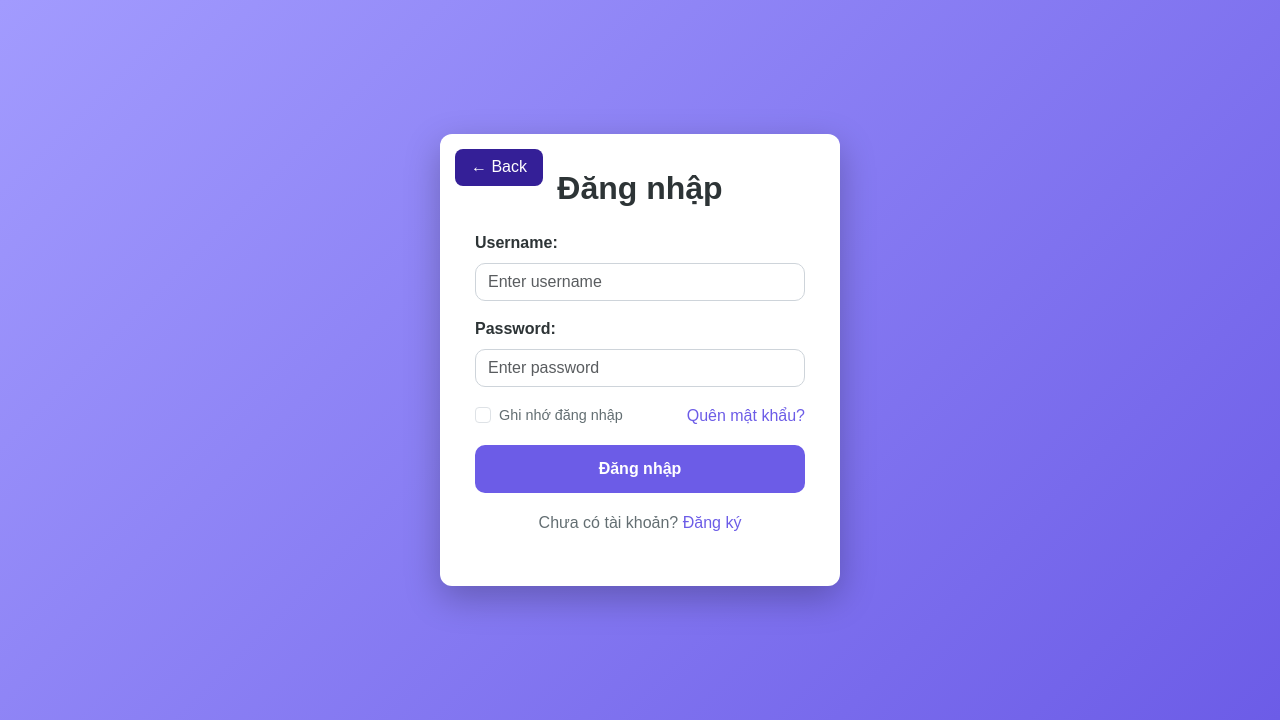
Repository: manhtdxxx/Tour-Booking-Webapp
Page: http://localhost/bookingTour/login.jsp
The author's editor kept a copy of each file at every save. The page is drawn from the files as they stood at one save, then again after the next save.
The browser window is 1280 px wide. The pictures show the whole page.
The page is served by Tomcat 9. Other server files are loaded and not shown.

Above is the page before, as saved 2024-11-10 16:45:22.

### bookingTour/src/main/webapp/login.jsp
<%@ page language="java" contentType="text/html; charset=UTF-8" pageEncoding="UTF-8"%>
<!DOCTYPE html>
<html>
<head>
<title>Đăng nhập</title>
<meta charset="utf-8">
<meta name="viewport" content="width=device-width, initial-scale=1">

<link href="https://cdn.jsdelivr.net/npm/bootstrap@5.3.3/dist/css/bootstrap.min.css" rel="stylesheet">
<script src="https://cdn.jsdelivr.net/npm/bootstrap@5.3.3/dist/js/bootstrap.bundle.min.js"></script>

<style>
body {
	background: linear-gradient(135deg, #a29bfe, #6c5ce7);
	font-family: Arial, sans-serif;
}

.container {
	max-width: 400px;
	background-color: #fff;
	padding: 35px;
	border-radius: 12px;
	box-shadow: 0px 12px 35px rgba(0, 0, 0, 0.25);
	animation: fadeIn 1.2s ease;
	position: relative;
}

@keyframes fadeIn {
	from {
		opacity: 0;
		transform: translateY(-20px);
	}
	to {
		opacity: 1;
		transform: translateY(0);
	}
}

h1 {
	font-size: 2rem;
	font-weight: bold;
	color: #2d3436;
}

.form-label {
	font-weight: 600;
	color: #2d3436;
}

.form-control {
	border-radius: 10px;
	border: 1px solid #ced4da;
	transition: border-color 0.3s, box-shadow 0.3s;
}

.form-control:focus {
	border-color: #6c5ce7;
	box-shadow: 0 0 6px rgba(108, 92, 231, 0.3);
}

.form-check-label {
	font-size: 0.9rem;
	color: #636e72;
}

a {
	color: #6c5ce7;
	text-decoration: none;
	transition: color 0.2s;
}

a:hover {
	color: #341f97;
	text-decoration: underline;
}

.btn-primary {
	background-color: #6c5ce7;
	border: none;
	border-radius: 10px;
	padding: 12px 25px;
	font-weight: bold;
	transition: background-color 0.3s, transform 0.2s;
}

.btn-primary:hover {
	background-color: #341f97;
	transform: translateY(-3px);
}

p {
	margin-top: 18px;
	text-align: center;
	color: #636e72;
}

/* Back button styling */
.back-button {
	position: absolute;
	top: 15px;
	left: 15px;
	background-color: #341f97;
	color: #fff;
	padding: 0.4rem 1rem;
	border-radius: 8px;
	text-decoration: none;
	font-size: 1rem;
	transition: background-color 0.3s, transform 0.2s;
}
.back-button:hover {
	background-color: #6c5ce7;
	transform: translateY(-2px);
}
</style>
</head>

<body class="d-flex align-items-center justify-content-center vh-100">
	<%
	String error = (String) request.getAttribute("error");
	error = (error != null) ? error : "";
	%>

	<div class="container">
		<!-- Back Button -->
		<a href="index.jsp" class="back-button">&larr; Back</a>

		<h1 class="text-center mb-4">Đăng nhập</h1>

		<!-- Error Message -->
		<%
		if (!error.isEmpty()) {
		%>
		<div class="alert alert-danger alert-dismissible fade show">
			<button type="button" class="btn-close" data-bs-dismiss="alert"></button>
			<strong><%=error%></strong>
		</div>
		<%
		}
		%>

		<form action="do-login" method="post">
			<div class="mb-3">
				<label for="username" class="form-label">Username:</label>
				<input type="text" class="form-control" id="username" placeholder="Enter username" name="username" required>
			</div>
			<div class="mb-3">
				<label for="password" class="form-label">Password:</label>
				<input type="password" class="form-control" id="password" placeholder="Enter password" name="password" required>
			</div>
			<div class="d-flex align-items-center justify-content-between mb-3">
				<div class="form-check">
					<input class="form-check-input" type="checkbox" name="remember" id="remember">
					<label class="form-check-label" for="remember">Ghi nhớ đăng nhập</label>
				</div>
				<a href="#">Quên mật khẩu?</a>
			</div>

			<button type="submit" class="btn btn-primary w-100">Đăng nhập</button>

			<p>
				Chưa có tài khoản? <a href="register.jsp">Đăng ký</a>
			</p>
		</form>
	</div>

</body>
</html>

After the next save:
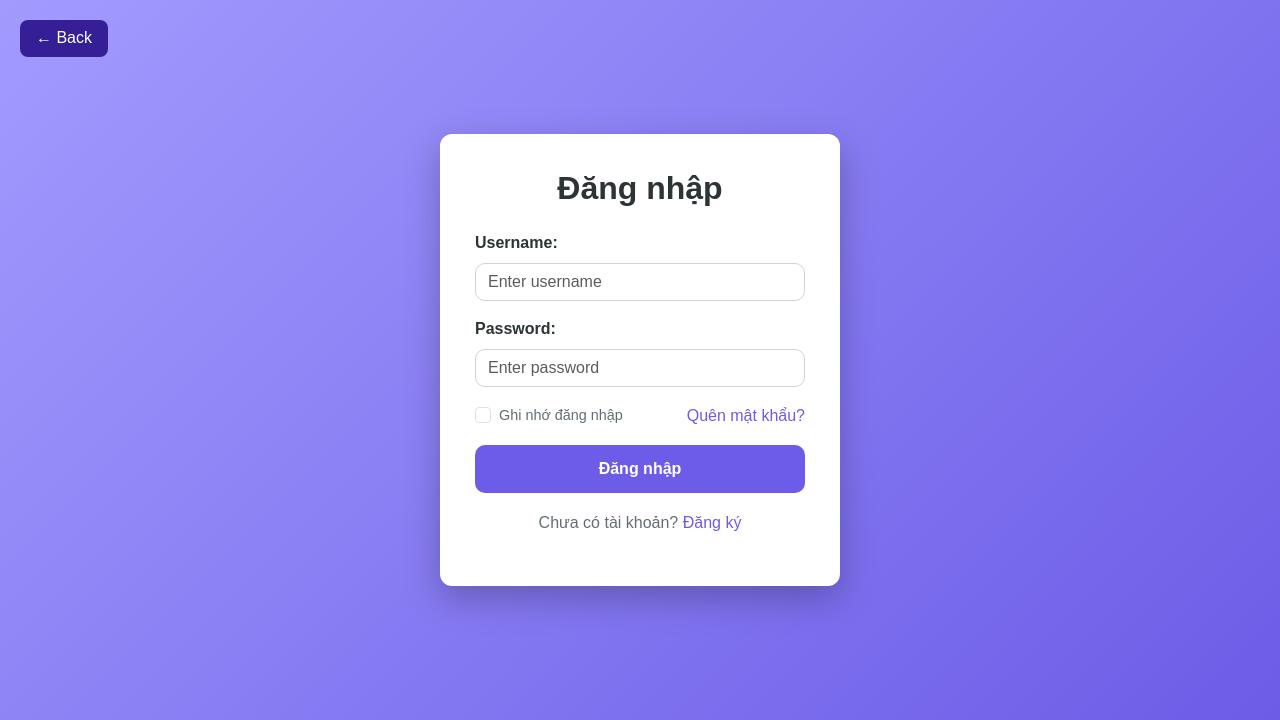
Saved 2 min 12 s later.
--- a/bookingTour/src/main/webapp/login.jsp
+++ b/bookingTour/src/main/webapp/login.jsp
@@ -6,7 +6,8 @@
 <meta charset="utf-8">
 <meta name="viewport" content="width=device-width, initial-scale=1">
 
-<link href="https://cdn.jsdelivr.net/npm/bootstrap@5.3.3/dist/css/bootstrap.min.css" rel="stylesheet">
+<link href="https://cdn.jsdelivr.net/npm/bootstrap@5.3.3/dist/css/bootstrap.min.css"
+	rel="stylesheet">
 <script src="https://cdn.jsdelivr.net/npm/bootstrap@5.3.3/dist/js/bootstrap.bundle.min.js"></script>
 
 <style>
@@ -22,20 +23,19 @@
 	border-radius: 12px;
 	box-shadow: 0px 12px 35px rgba(0, 0, 0, 0.25);
 	animation: fadeIn 1.2s ease;
-	position: relative;
 }
 
-@keyframes fadeIn {
-	from {
-		opacity: 0;
-		transform: translateY(-20px);
-	}
-	to {
-		opacity: 1;
-		transform: translateY(0);
-	}
+@
+keyframes fadeIn {from { opacity:0;
+	transform: translateY(-20px);
 }
 
+to {
+	opacity: 1;
+	transform: translateY(0);
+}
+
+}
 h1 {
 	font-size: 2rem;
 	font-weight: bold;
@@ -97,8 +97,8 @@
 /* Back button styling */
 .back-button {
 	position: absolute;
-	top: 15px;
-	left: 15px;
+	top: 20px;
+	left: 20px;
 	background-color: #341f97;
 	color: #fff;
 	padding: 0.4rem 1rem;
@@ -106,7 +106,9 @@
 	text-decoration: none;
 	font-size: 1rem;
 	transition: background-color 0.3s, transform 0.2s;
+	z-index: 1000;
 }
+
 .back-button:hover {
 	background-color: #6c5ce7;
 	transform: translateY(-2px);
@@ -115,15 +117,15 @@
 </head>
 
 <body class="d-flex align-items-center justify-content-center vh-100">
+	<!-- Back Button Outside the Form Container -->
+	<a href="index.jsp" class="back-button">&larr; Back</a>
+
 	<%
 	String error = (String) request.getAttribute("error");
 	error = (error != null) ? error : "";
 	%>
 
 	<div class="container">
-		<!-- Back Button -->
-		<a href="index.jsp" class="back-button">&larr; Back</a>
-
 		<h1 class="text-center mb-4">Đăng nhập</h1>
 
 		<!-- Error Message -->
@@ -140,17 +142,17 @@
 
 		<form action="do-login" method="post">
 			<div class="mb-3">
-				<label for="username" class="form-label">Username:</label>
-				<input type="text" class="form-control" id="username" placeholder="Enter username" name="username" required>
+				<label for="username" class="form-label">Username:</label> <input type="text"
+					class="form-control" id="username" placeholder="Enter username" name="username" required>
 			</div>
 			<div class="mb-3">
-				<label for="password" class="form-label">Password:</label>
-				<input type="password" class="form-control" id="password" placeholder="Enter password" name="password" required>
+				<label for="password" class="form-label">Password:</label> <input type="password"
+					class="form-control" id="password" placeholder="Enter password" name="password" required>
 			</div>
 			<div class="d-flex align-items-center justify-content-between mb-3">
 				<div class="form-check">
-					<input class="form-check-input" type="checkbox" name="remember" id="remember">
-					<label class="form-check-label" for="remember">Ghi nhớ đăng nhập</label>
+					<input class="form-check-input" type="checkbox" name="remember" id="remember"> <label
+						class="form-check-label" for="remember">Ghi nhớ đăng nhập</label>
 				</div>
 				<a href="#">Quên mật khẩu?</a>
 			</div>
